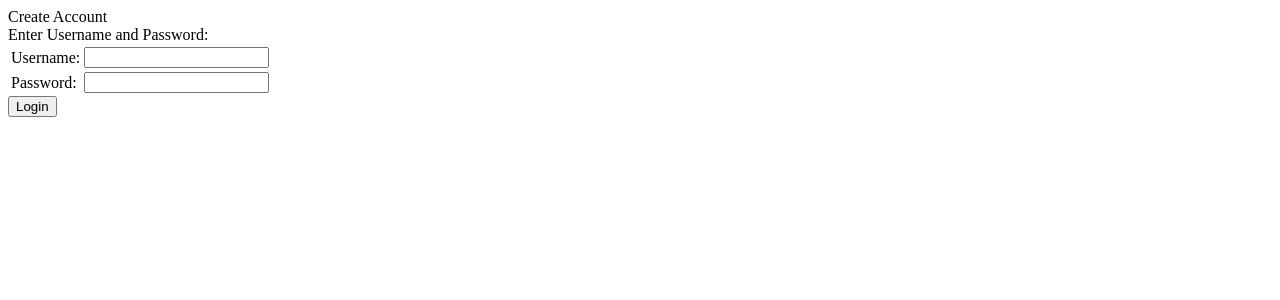
Repository: Kevin-Zhang-0/cs336Project
Page: http://localhost/cs336Sample/createAccount.jsp
These files come from the project's save history. The page is drawn as it stood at one moment and after the next save; the edit follows.
The browser window is 1280 px wide. The pictures show the whole page.
The page is served by Tomcat 9. Other server files are loaded and not shown. Queries for data that is not in the repository find no rows.

Above is the page before, as saved 2022-05-04 03:09:21.

### cs336Sample/src/main/webapp/createAccount.jsp
<%@ page language="java" contentType="text/html; charset=ISO-8859-1"
    pageEncoding="ISO-8859-1"%>
<!DOCTYPE html>
<html>
<head>
<meta charset="ISO-8859-1">
<title>Insert title here</title>
</head>
<body>

	Create Account

	<br>

	Enter Username and Password:

	<br>
		<form method="post" action="loginLogic.jsp">
			<table>
				<tr>
					<td>Username:</td><td><input type="text" name="username"></td>
				</tr>
				<tr>
					<td>Password:</td><td><input type="text" name="password"></td>
				</tr>
			</table>
			<input type="submit" value="Login">
		</form>
	<br>


</body>
</html>

### cs336Sample/src/main/java/com/cs336/pkg/ApplicationDB.java
package com.cs336.pkg;

import java.sql.Connection;
import java.sql.DriverManager;
import java.sql.SQLException;

public class ApplicationDB {

	public ApplicationDB(){

	}

	public Connection getConnection(){

		//Create a connection string
		String connectionUrl = "jdbc:mysql://localhost:3306/336ProjectSQL?useSSL=false";
		Connection connection = null;

		try {
			//Load JDBC driver - the interface standardizing the connection procedure. Look at WEB-INF\lib for a mysql connector jar file, otherwise it fails.
			Class.forName("com.mysql.jdbc.Driver").newInstance();
		} catch (InstantiationException e) {
			// TODO Auto-generated catch block
			e.printStackTrace();
		} catch (IllegalAccessException e) {
			// TODO Auto-generated catch block
			e.printStackTrace();
		} catch (ClassNotFoundException e) {
			// TODO Auto-generated catch block
			e.printStackTrace();
		}
		try {
			//Create a connection to your DB
			connection = DriverManager.getConnection(connectionUrl,"root", "root");
		} catch (SQLException e) {
			// TODO Auto-generated catch block
			e.printStackTrace();
		}

		return connection;

	}

	public void closeConnection(Connection connection){
		try {
			connection.close();
		} catch (SQLException e) {
			// TODO Auto-generated catch block
			e.printStackTrace();
		}
	}





	public static void main(String[] args) {
		ApplicationDB dao = new ApplicationDB();
		Connection connection = dao.getConnection();

		System.out.println(connection);
		dao.closeConnection(connection);
	}



}

After the next save:
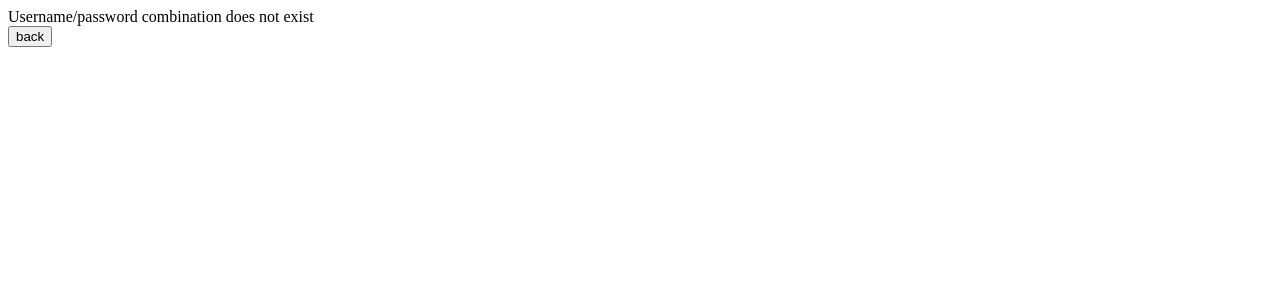
Saved 78 s later.
--- a/cs336Sample/src/main/webapp/createAccount.jsp
+++ b/cs336Sample/src/main/webapp/createAccount.jsp
@@ -1,33 +1,80 @@
 <%@ page language="java" contentType="text/html; charset=ISO-8859-1"
-    pageEncoding="ISO-8859-1"%>
-<!DOCTYPE html>
+	pageEncoding="ISO-8859-1" import="com.cs336.pkg.*"%>
+<!--Import some libraries that have classes that we need -->
+<%@ page import="java.io.*,java.util.*,java.sql.*"%>
+<%@ page import="javax.servlet.http.*,javax.servlet.*"%>
+<!DOCTYPE html PUBLIC "-//W3C//DTD HTML 4.01 Transitional//EN" "http://www.w3.org/TR/html4/loose.dtd">
 <html>
 <head>
-<meta charset="ISO-8859-1">
+<meta http-equiv="Content-Type" content="text/html; charset=ISO-8859-1">
 <title>Insert title here</title>
 </head>
 <body>
+	<%
+	try {
 
-	Create Account
+		//Get the database connection
 
-	<br>
+		ApplicationDB db = new ApplicationDB();
+		Connection con = db.getConnection();
 
-	Enter Username and Password:
+		//Create a SQL statement
+		Statement stmt = con.createStatement();
 
-	<br>
-		<form method="post" action="loginLogic.jsp">
-			<table>
-				<tr>
-					<td>Username:</td><td><input type="text" name="username"></td>
-				</tr>
-				<tr>
-					<td>Password:</td><td><input type="text" name="password"></td>
-				</tr>
-			</table>
-			<input type="submit" value="Login">
-		</form>
-	<br>
+		//Get parameters from the HTML form at the HelloWorld.jsp
+		String username = request.getParameter("username");
+		String password = request.getParameter("password");
 
+
+
+		//Make an insert statement for the Sells table:
+
+		String select = "SELECT * FROM credentials c WHERE c.user = \"" + username + "\" AND c.pass = \"" + password+ "\"";
+		//String select = "SELECT * FROM credentials";
+
+		//Create a Prepared SQL statement allowing you to introduce the parameters of the query
+		//PreparedStatement ps = con.prepareStatement(select);
+		ResultSet result = stmt.executeQuery(select);
+		if(result.next()==false){
+			out.print("Username/password combination does not exist");
+			session.setAttribute("username", null);
+			%>
+			<form method="post" action="loginPage.jsp">
+
+				<input type="submit" value="back">
+			</form>
+
+
+			<%
+		}
+
+		else{
+			out.println(result.getString("user"));
+			out.println(result.getString("pass"));
+			session.setAttribute("username", result.getString("user"));
+
+
+			con.close();
+			response.sendRedirect("UserHomepage.jsp");
+			%>
+
+
+			<%
+
+
+
+			//Close the connection. Don't forget to do it, otherwise you're keeping the resources of the server allocated.
+
+
+
+
+		}
+
+	} catch (Exception ex) {
+		//out.print(ex);
+		//out.print("select failed :()");
+	}
+	%>
 
 </body>
 </html>

After the save that followed:
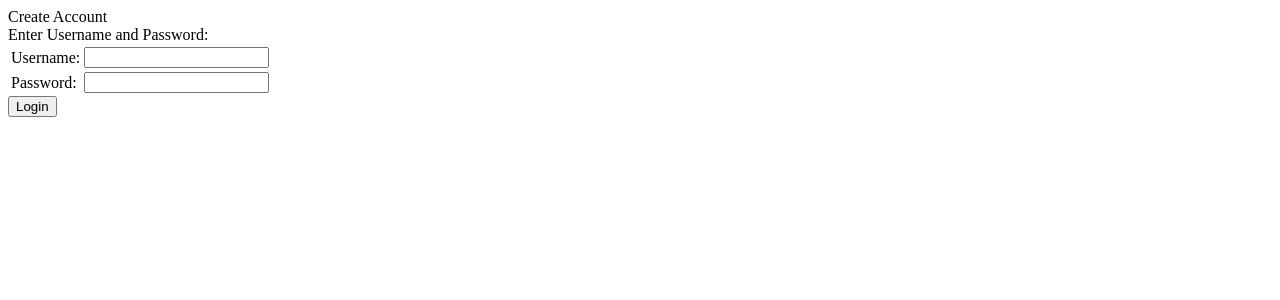
Saved 6 s later.
--- a/cs336Sample/src/main/webapp/createAccount.jsp
+++ b/cs336Sample/src/main/webapp/createAccount.jsp
@@ -1,80 +1,33 @@
 <%@ page language="java" contentType="text/html; charset=ISO-8859-1"
-	pageEncoding="ISO-8859-1" import="com.cs336.pkg.*"%>
-<!--Import some libraries that have classes that we need -->
-<%@ page import="java.io.*,java.util.*,java.sql.*"%>
-<%@ page import="javax.servlet.http.*,javax.servlet.*"%>
-<!DOCTYPE html PUBLIC "-//W3C//DTD HTML 4.01 Transitional//EN" "http://www.w3.org/TR/html4/loose.dtd">
+    pageEncoding="ISO-8859-1"%>
+<!DOCTYPE html>
 <html>
 <head>
-<meta http-equiv="Content-Type" content="text/html; charset=ISO-8859-1">
+<meta charset="ISO-8859-1">
 <title>Insert title here</title>
 </head>
 <body>
-	<%
-	try {
 
-		//Get the database connection
+	Create Account
 
-		ApplicationDB db = new ApplicationDB();
-		Connection con = db.getConnection();
+	<br>
 
-		//Create a SQL statement
-		Statement stmt = con.createStatement();
+	Enter Username and Password:
 
-		//Get parameters from the HTML form at the HelloWorld.jsp
-		String username = request.getParameter("username");
-		String password = request.getParameter("password");
+	<br>
+		<form method="post" action="loginLogic.jsp">
+			<table>
+				<tr>
+					<td>Username:</td><td><input type="text" name="username"></td>
+				</tr>
+				<tr>
+					<td>Password:</td><td><input type="text" name="password"></td>
+				</tr>
+			</table>
+			<input type="submit" value="Login">
+		</form>
+	<br>
 
-
-
-		//Make an insert statement for the Sells table:
-
-		String select = "SELECT * FROM credentials c WHERE c.user = \"" + username + "\" AND c.pass = \"" + password+ "\"";
-		//String select = "SELECT * FROM credentials";
-
-		//Create a Prepared SQL statement allowing you to introduce the parameters of the query
-		//PreparedStatement ps = con.prepareStatement(select);
-		ResultSet result = stmt.executeQuery(select);
-		if(result.next()==false){
-			out.print("Username/password combination does not exist");
-			session.setAttribute("username", null);
-			%>
-			<form method="post" action="loginPage.jsp">
-
-				<input type="submit" value="back">
-			</form>
-
-
-			<%
-		}
-
-		else{
-			out.println(result.getString("user"));
-			out.println(result.getString("pass"));
-			session.setAttribute("username", result.getString("user"));
-
-
-			con.close();
-			response.sendRedirect("UserHomepage.jsp");
-			%>
-
-
-			<%
-
-
-
-			//Close the connection. Don't forget to do it, otherwise you're keeping the resources of the server allocated.
-
-
-
-
-		}
-
-	} catch (Exception ex) {
-		//out.print(ex);
-		//out.print("select failed :()");
-	}
-	%>
 
 </body>
 </html>
